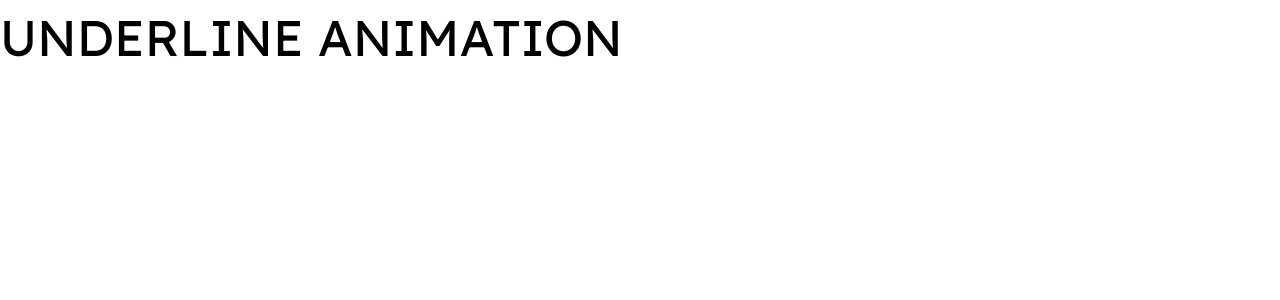
Repository: javals243/Reusable-component
Page: /
An editor plug-in stored every save of this project. The page is shown before and after a run of saves, followed by the edit.
The browser window is 1280 px wide. The pictures show the whole page.
The project was rebuilt for these pictures with package versions that can differ from the ones it lists, and the page was loaded fresh each time. The framework's server and built-in components were replaced by stand-ins that run in the browser. Also part of the build but not shown: next.config.js, components/MasonryLayout/MansonryLayout.tsx, components/ProductCard/ProductCard.tsx.

Above is the page before, as saved 2023-01-03 10:25:30.

### pages/index.tsx
import Head from 'next/head'
import Image from 'next/image'
import { Inter } from '@next/font/google'
import styles from '../styles/Home.module.css'
import { MansonryLayout, ProductCard, UnderlineAnimation } from '../components'


const inter = Inter({ subsets: ['latin'] })

export default function Home() {
  return (
    <>
    {/* <MansonryLayout/> */}
    {/* <ProductCard/> */}
    <UnderlineAnimation/>
    </>
  )
}

### styles/globals.css
@import url('https://fonts.googleapis.com/css2?family=Readex+Pro:wght@200;300;400;500;600&display=swap');
@layer base {
    body {
        font-family: 'Readex Pro', sans-serif;
    }
}

@tailwind base;
@tailwind components;
@tailwind utilities;
@layer components {
    .card {
        @apply bg-white text-gray-700 w-72 min-h-[10rem] shadow-lg rounded-md overflow-hidden
    }
    .badge {
        @apply px-3 py-1 rounded-full text-xs bg-gray-100
    }
    .product-title {
        @apply font-semibold text-2xl overflow-ellipsis overflow-hidden whitespace-nowrap
    }
    .discount-percent {
        @apply bg-green-400 px-1.5 py-0.5 rounded-md text-xs text-white
    }
    .button-primary{
      @apply bg-yellow-500/80 hover:bg-yellow-500/90 rounded-md px-6 py-2 text-white font-medium tracking-wide transition
    }
}

### components/index.ts
export * from "./MasonryLayout/MansonryLayout"
export * from "./ProductCard/ProductCard"
export * from "./UnderlineAnimation/UnderlineAnimation"

### components/UnderlineAnimation/UnderlineAnimation.tsx
import React from 'react'

function UnderlineAnimation() {
  return (
    <div className="flex justify-center items-center w-full h-full">
      <a
        href=""
        className='text-[50px] no-underline relative uppercase text-black after:block after:absolute   after:bottom-0 after:h-[2px] w-[100%]  rounded-[9999px] after:content-[""] after:scale-0 after:ease-in-out after:duration-300 hover:after:scale-100'

      >
        Underline Animation
      </a>
    </div>
  );
}

export  {UnderlineAnimation}

### tailwind.config.js
/** @type {import('tailwindcss').Config} */
module.exports = {
    content: [
        "./pages/**/*.{js,ts,jsx,tsx}",
        "./components/**/*.{js,ts,jsx,tsx}",
    ],
    theme: {
        extend: {},
    },
    plugins: [],
}

Loaded but not shown: pages/_app.tsx (common file); pages/_document.tsx (common file)

After the next 2 saves:
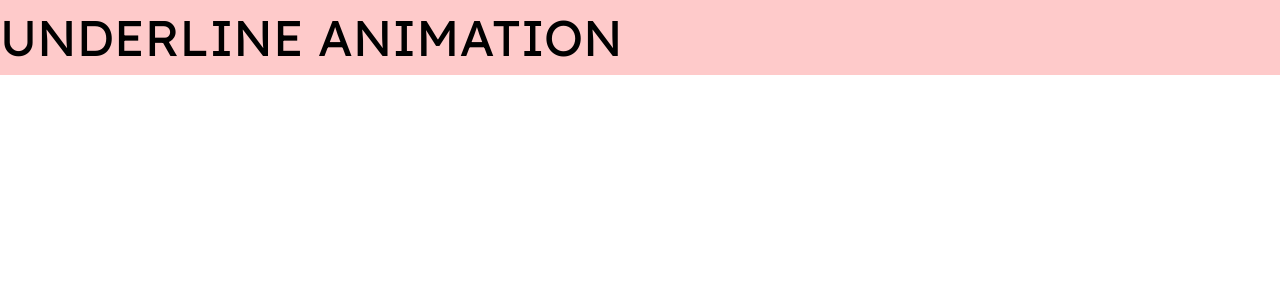
The 2 saves are shown as one change because they came seconds apart.
The last was saved 16 s later.
--- a/components/UnderlineAnimation/UnderlineAnimation.tsx
+++ b/components/UnderlineAnimation/UnderlineAnimation.tsx
@@ -2,7 +2,7 @@ import React from 'react'
 
 function UnderlineAnimation() {
   return (
-    <div className="flex justify-center items-center w-full h-full">
+    <div className="flex justify-center items-center w-full h-full bg-red-200">
       <a
         href=""
         className='text-[50px] no-underline relative uppercase text-black after:block after:absolute   after:bottom-0 after:h-[2px] w-[100%]  rounded-[9999px] after:content-[""] after:scale-0 after:ease-in-out after:duration-300 hover:after:scale-100'
